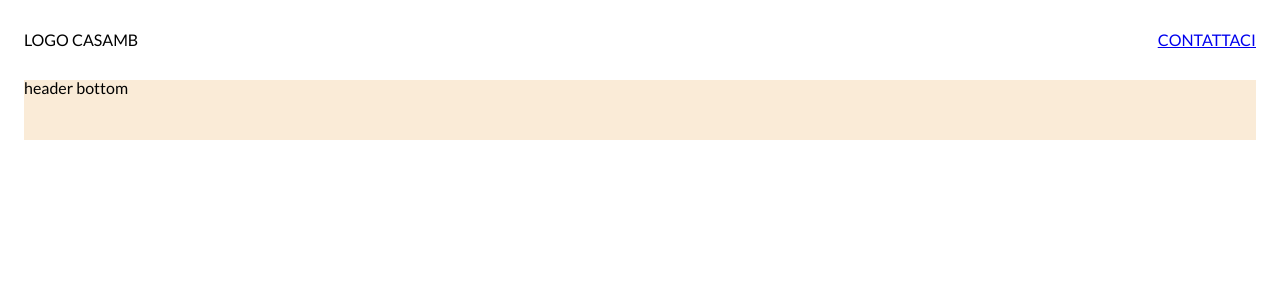
Repository: nicolorz/casamb
Page: /
The author's editor kept a copy of each file at every save. The page is drawn from the files as they stood at one save, then again after the next save.
The browser window is 1280 px wide. The pictures show the whole page.
The project was rebuilt for these pictures with package versions that can differ from the ones it lists, and the page was loaded fresh each time. Also part of the build but not shown: src/index.css, src/App.css.

Above is the page before, as saved 2023-07-18 17:38:02.

After the next save:
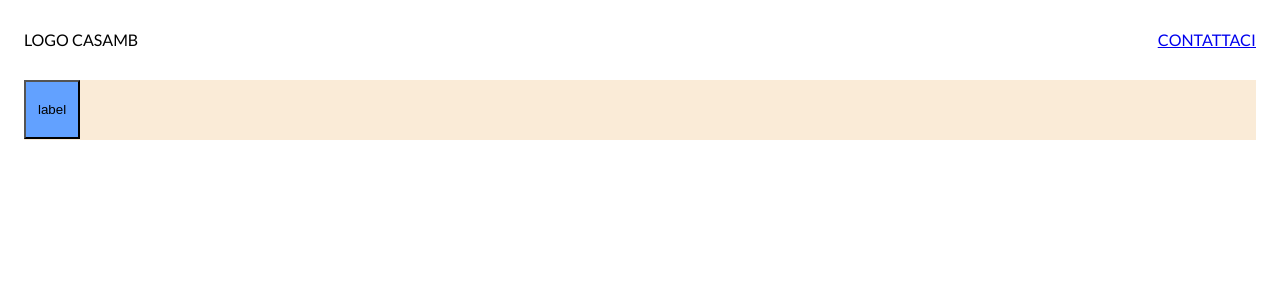
Saved 24 s later.
--- a/src/components/HeaderWrapper/HeaderBottom.js
+++ b/src/components/HeaderWrapper/HeaderBottom.js
@@ -1,5 +1,9 @@
+import { SortingBtn } from "../SortingBtn/Sortingbtn"
+
 export const HeaderBottom = () => {
     return (
-        <div className="header-bottom">header bottom</div>
+        <div className="header-bottom">
+            <SortingBtn />
+        </div>
     )
 }
